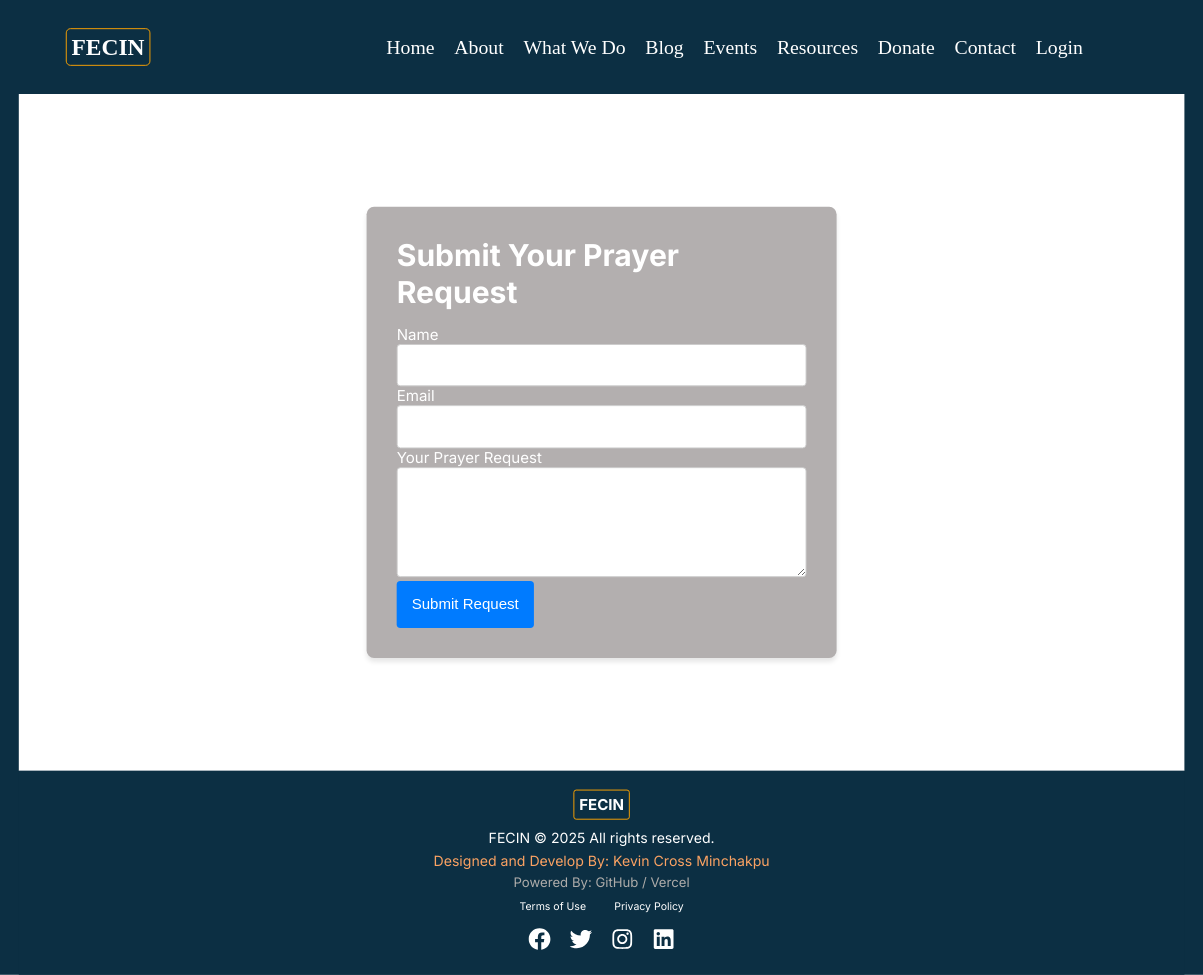
Repository: KCMinchakpu/fecin-projectgs497
Page: /prayers
An editor plug-in stored every save of this project. The page is shown before and after the next save, followed by the edit.
The browser window is 1280 px wide. The pictures show the whole page, at 94% of full size.
The page's requests for data from a server got no answer. The project was rebuilt for these pictures with package versions that can differ from the ones it lists, and the page was loaded fresh each time. The framework's server and built-in components were replaced by stand-ins that run in the browser. No one was signed in, and anything a server would have sent is missing. Also part of the build but not shown: next.config.mjs.

Above is the page before, as saved 2025-04-12 17:10:59.

After the next save:
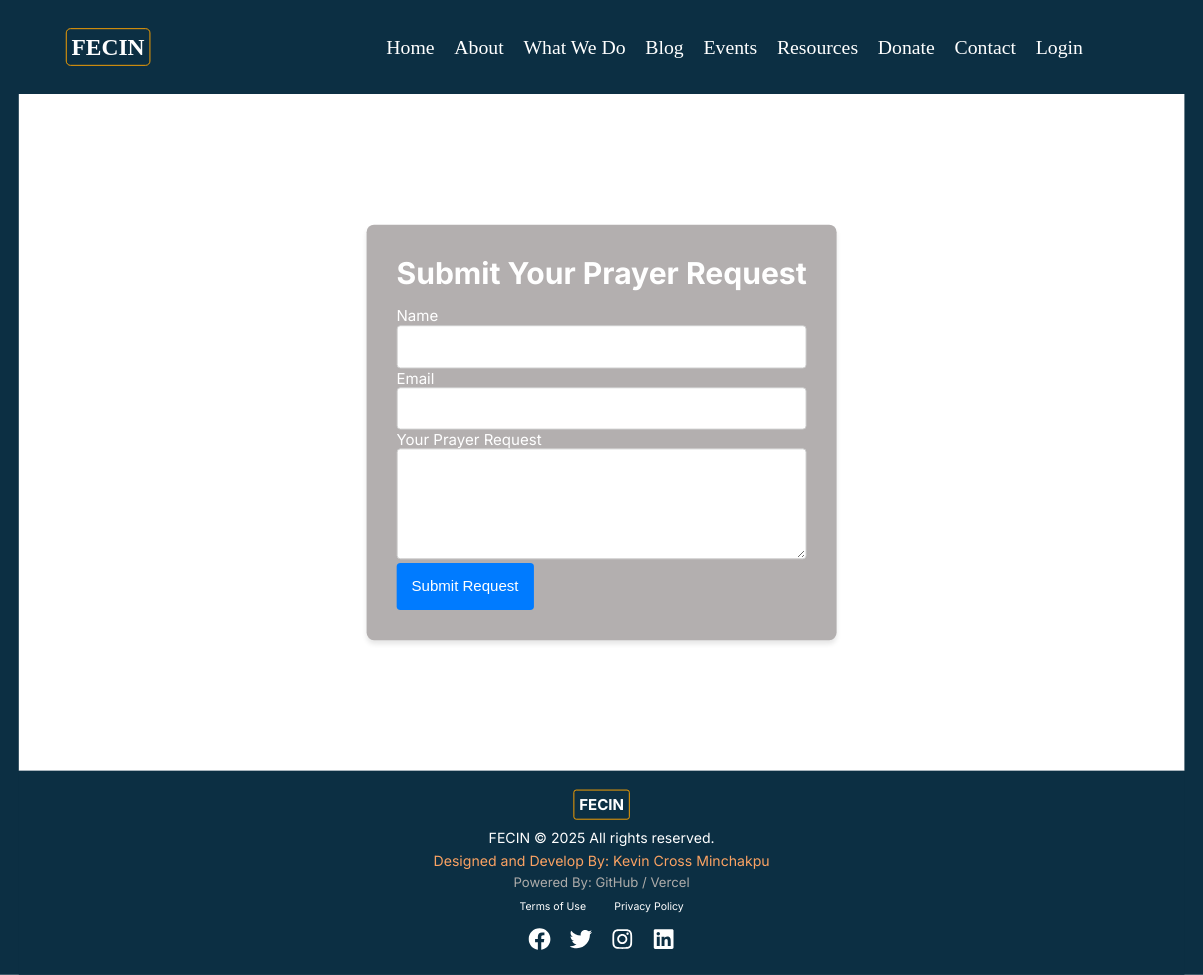
Saved 62 s later.
--- a/src/app/prayers/prayers.module.css
+++ b/src/app/prayers/prayers.module.css
@@ -11,10 +11,10 @@
     display: flex;
     flex-direction: column;
     gap: 1rem;
-    max-width: 500px;
+    max-width: 700px;
     margin: 0 auto;
     padding: 2rem;
-    background-color: #b3afaf; /* White background for the form */
+    background-color: #b3afaf;
     border-radius: 8px;
     box-shadow: 0 4px 6px rgba(0, 0, 0, 0.1);
   }
